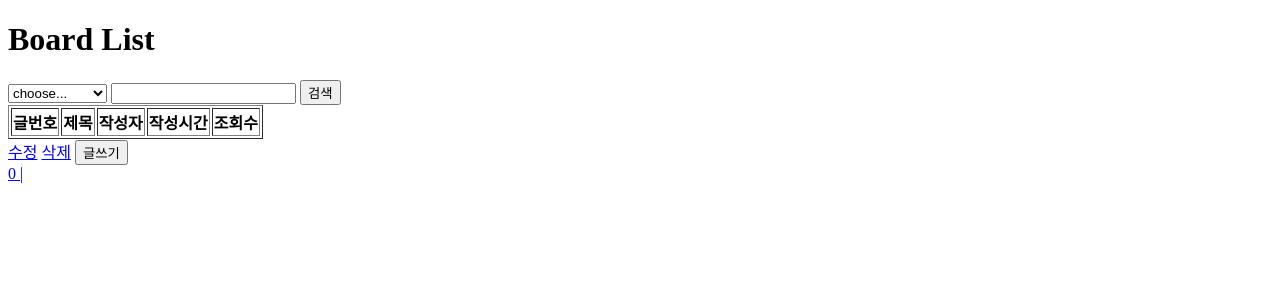
Repository: donghoonshin96/20230601
Page: http://localhost/jsp_project/board/list.jsp
The author's editor kept a copy of each file at every save. The page is drawn from the files as they stood at one save, then again after the next save.
The browser window is 1280 px wide. The pictures show the whole page.
The page is served by Tomcat 9. Other server files are loaded and not shown. The template is opened directly, without the code that normally fills it, so the values that code supplies are empty.

Above is the page before, as saved 2023-05-24 05:40:11.

### jsp_project2/jsp_project/src/main/webapp/board/list.jsp
<%@ page language="java" contentType="text/html; charset=UTF-8"
	pageEncoding="UTF-8"%>
<%@ taglib uri="http://java.sun.com/jsp/jstl/core" prefix="c"%>
<!DOCTYPE html>
<html>
<head>
<meta charset="UTF-8">
<title>Board List</title>
</head>
<body>
	<h1>Board List</h1>
	<!-- 검색 라인 -->
	<form action="/brd/page" method="post">
		<div>
		<c:set value="${pgh.pgvo.type }" var="typed"></c:set>
			<select name="type">
			<!-- selected : 현재 내가 선택한 값 -->
				<option ${typed == null?'selected':''}>choose...</option>
				<option value="t" ${typed eq 't' ? 'selected':'' }>제목</option>
				<option value="c" ${typed eq 'c' ? 'selected':'' }>내용</option>
				<option value="w" ${typed eq 'w' ? 'selected':'' }>작성자</option>
				<option value="tc" ${typed eq 'tc' ? 'selected':'' }>제목 + 내용</option>
				<option value="tw" ${typed eq 'tw' ? 'selected':'' }>제목 + 작성자</option>
				<option value="cw" ${typed eq 'cw' ? 'selected':'' }>내용 + 작성자</option>
			</select>
			<input type="text" name="keyword">
			<input type="hidden" name="pageNo" value="${pgh.pgvo.pageNo }">
			<input type="hidden" name="qty" value="${pgh.pgvo.qty }">
			<button type="submit">검색</button>
		</div>
	</form>




	<table border="1">
		<tr>
			<th>글번호</th>
			<th>제목</th>
			<th>작성자</th>
			<th>작성시간</th>
			<th>조회수</th>
		</tr>
		<c:forEach var="board" items="${boardList}">
			<tr>
				<td>${board.bno}</td>
				<td><a href="/brd/detail?bno=${board.bno}">${board.title}</a></td>
				<td>${board.writer}</td>
				<td>${board.reg_date}</td>
				<td>${board.read_count}</td>
			</tr>
		</c:forEach>
	</table>
	<c:if test="${board.writer eq ses.id}">
		<a href="/brd/modify?bno=${board.bno}">수정</a>
		<a href="/brd/delete?bno=${board.bno}">삭제</a>
	</c:if>
	<a href="/brd/register"><button>글쓰기</button></a>
	<br>
	<!-- 페이지네이션 위치 -->
	<!-- 컨트롤러에서 page 정보를 싣고 와야함. -->
	<!-- 1~endpage까지 숫자 반복 foreach -->

	<!-- 이전페이지 -->
	<c:if test="${pgh.prev }">
		<a href="/brd/page?pageNo=${pgh.startPage-1}&qty=${pgh.pgvo.qty }&type=${pgh.pgvo.type}&keyword=${pgh.pgvo.keyword}">◁</a>
	</c:if>
	<c:forEach begin="${pgh.startPage }" end="${pgh.endPage }" var="i">
		<a href="/brd/page?pageNo=${i}&qty=${pgh.pgvo.qty }&type=${pgh.pgvo.type}&keyword=${pgh.pgvo.keyword}">${i } |</a>
	</c:forEach>
	<!-- 다음페이지 -->
	<c:if test="${pgh.next }">
		<a href="/brd/page?pageNo=${pgh.endPage+1}&qty=${pgh.pgvo.qty }&type=${pgh.pgvo.type}&keyword=${pgh.pgvo.keyword}">▷</a>
	</c:if>




</body>
</html>

After the next save:
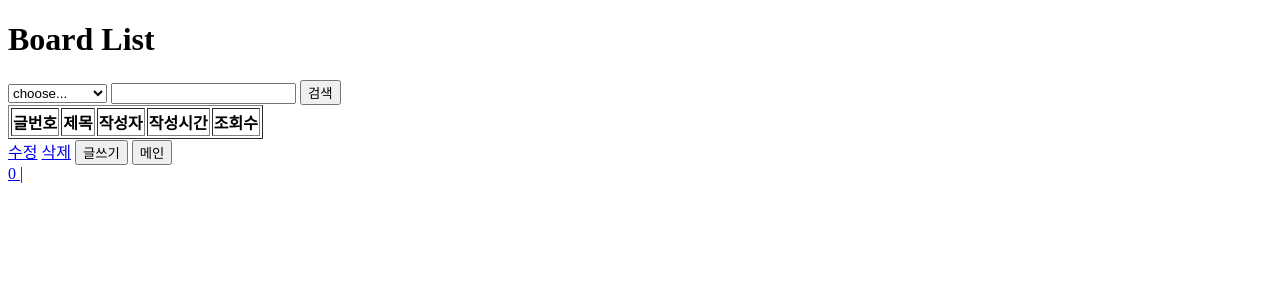
Saved 4 min 21 s later.
--- a/jsp_project2/jsp_project/src/main/webapp/board/list.jsp
+++ b/jsp_project2/jsp_project/src/main/webapp/board/list.jsp
@@ -56,6 +56,7 @@
 		<a href="/brd/delete?bno=${board.bno}">삭제</a>
 	</c:if>
 	<a href="/brd/register"><button>글쓰기</button></a>
+	<a href="/"><button>메인</button></a>
 	<br>
 	<!-- 페이지네이션 위치 -->
 	<!-- 컨트롤러에서 page 정보를 싣고 와야함. -->
